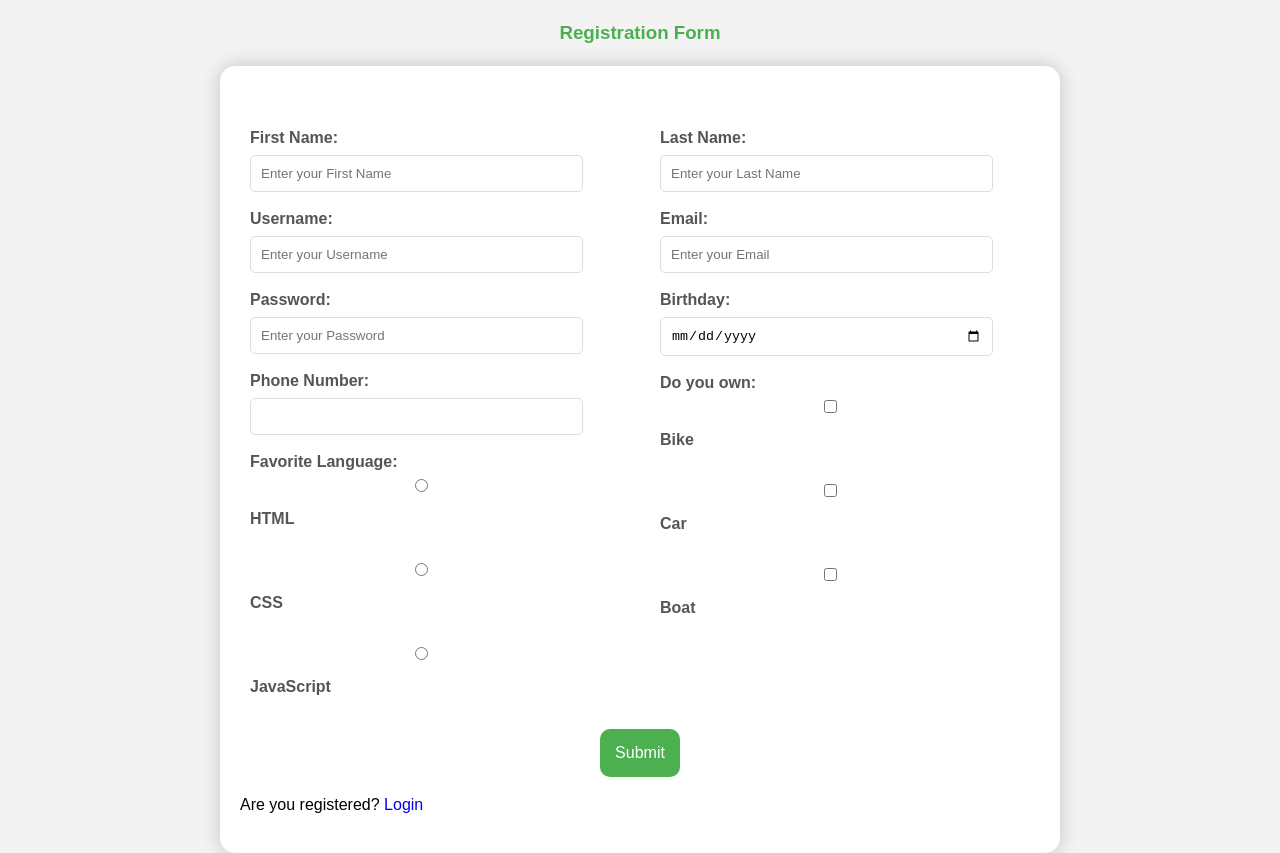
Repository: alizey12/Regestratin-Form-js
Page: regester.html
An editor plug-in stored every save of this project. The page is shown before and after a run of saves, followed by the edit.
The browser window is 1280 px wide. The pictures show the whole page.

Above is the page before, as saved 2024-11-29 18:43:14.

After the next 2 saves:
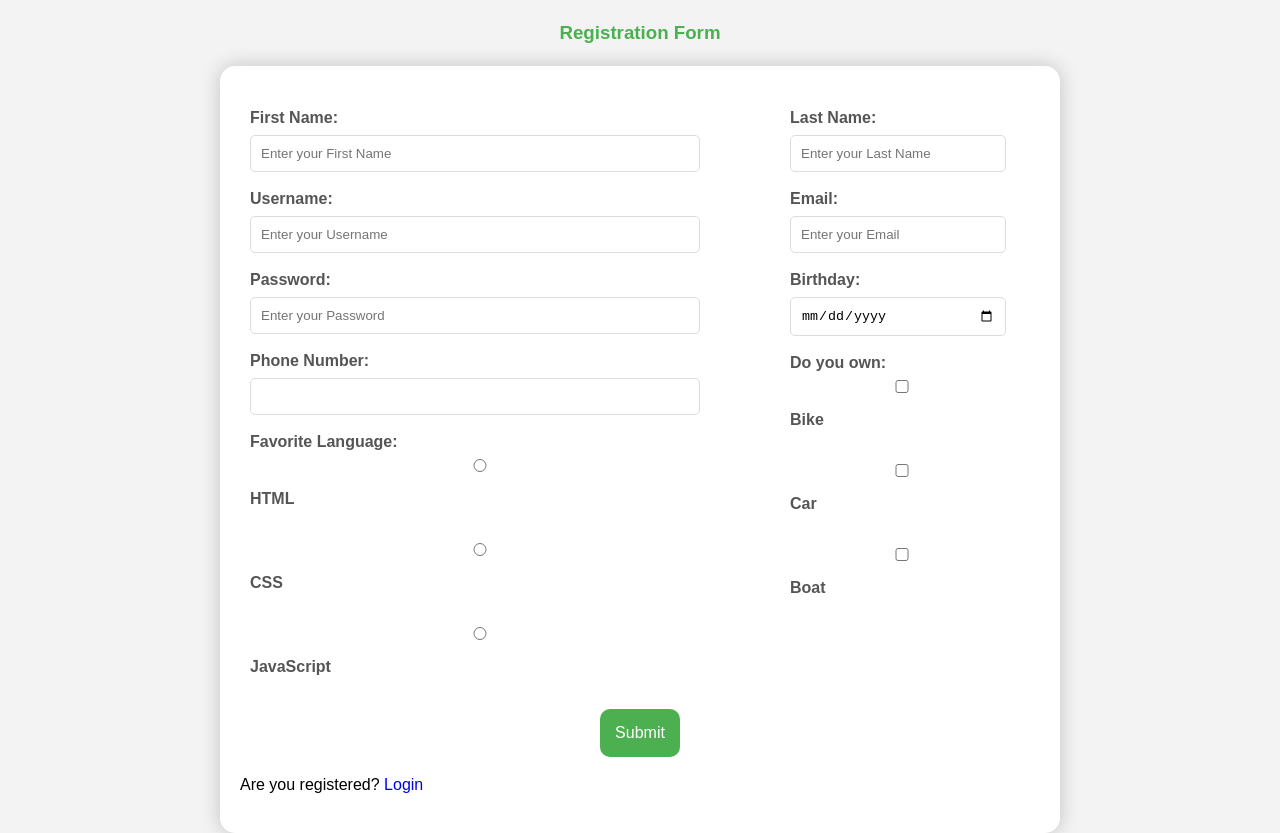
The 2 saves are shown as one change because they came seconds apart.
The last was saved 13 s later.
--- a/regester.css
+++ b/regester.css
@@ -62,8 +62,8 @@ button {
 
 .grid-container {
     display: grid;
-    margin-top: 20px;
-    grid-template-columns: 1fr 1fr;
+
+    grid-template-columns: 2fr 1fr;
     gap: 20px;
 }
 
